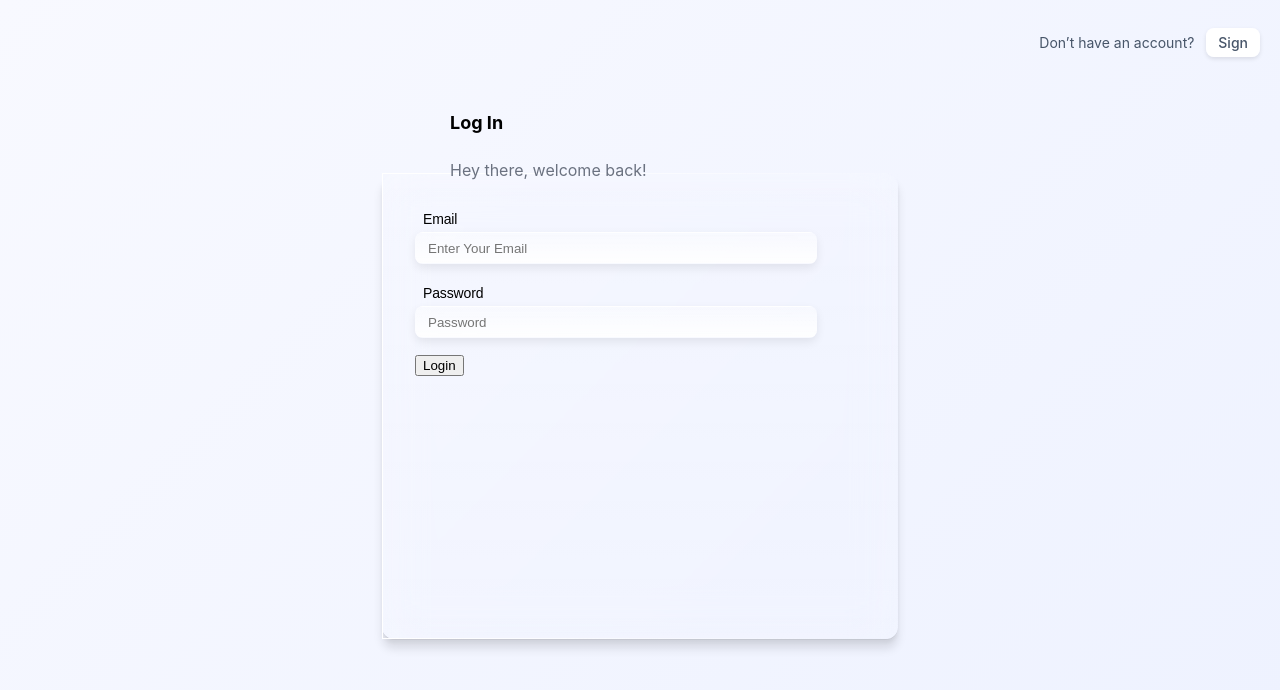
Repository: AfifaNoor/Admin_Panel-React-
Page: /sign-up
An editor plug-in stored every save of this project. The page is shown before and after the next save, followed by the edit.
The browser window is 1280 px wide. The pictures show the whole page.
The project was rebuilt for these pictures with package versions that can differ from the ones it lists, and the page was loaded fresh each time. Also part of the build but not shown: src/SignUp.jsx.

Above is the page before, as saved 2025-07-10 16:41:52.

After the next save:
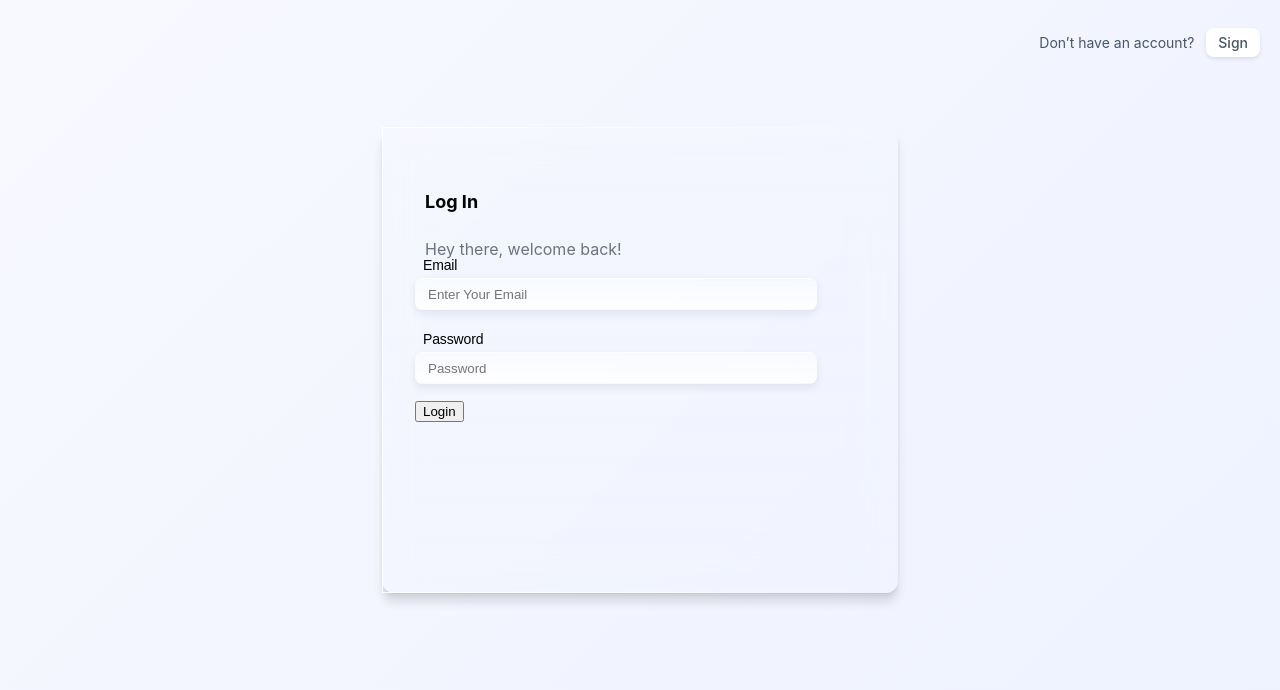
Saved 59 min 50 s later.
--- a/src/LoginPage.jsx
+++ b/src/LoginPage.jsx
@@ -41,10 +41,7 @@ const handleSubmit =(e)=>{
         </p>
       </div>
 
-      <div className="title">
-        <h1>Log In</h1>
-        <p>Hey there, welcome back!</p>
-      </div>
+
 
     <div>
 
@@ -53,6 +50,10 @@ const handleSubmit =(e)=>{
     </div>
 
       <form className="login-form" onSubmit={handleSubmit}>
+      <div className="title">
+        <h1>Log In</h1>
+        <p>Hey there, welcome back!</p>
+      </div>
       <label className='form-label'>Email</label>
         <input
           type="email"
